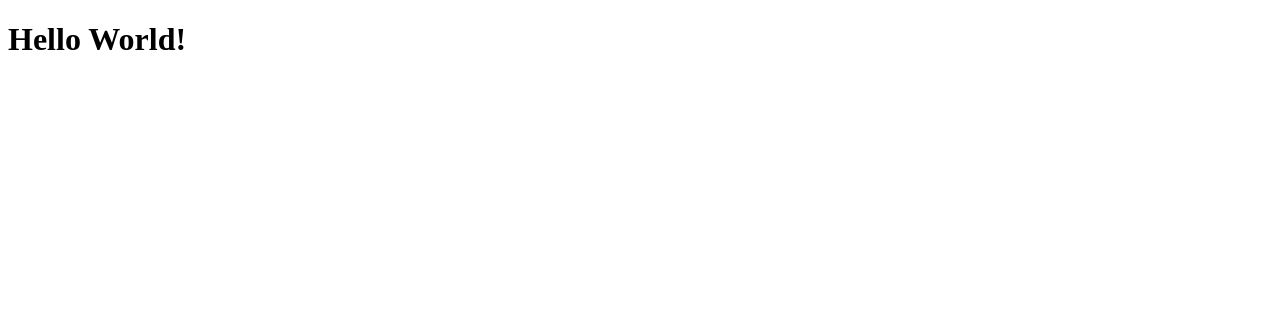
Repository: evemcd/udemy_javascript
Page: complete-javascript-course-master/02-Fundamentals-Part-2/starter/careerfoundry/index.html
An editor plug-in stored every save of this project. The page is shown before and after the next save, followed by the edit.
The browser window is 1280 px wide. The pictures show the whole page.

Above is the page before, as saved 2022-04-20 10:03:54.

After the next save:
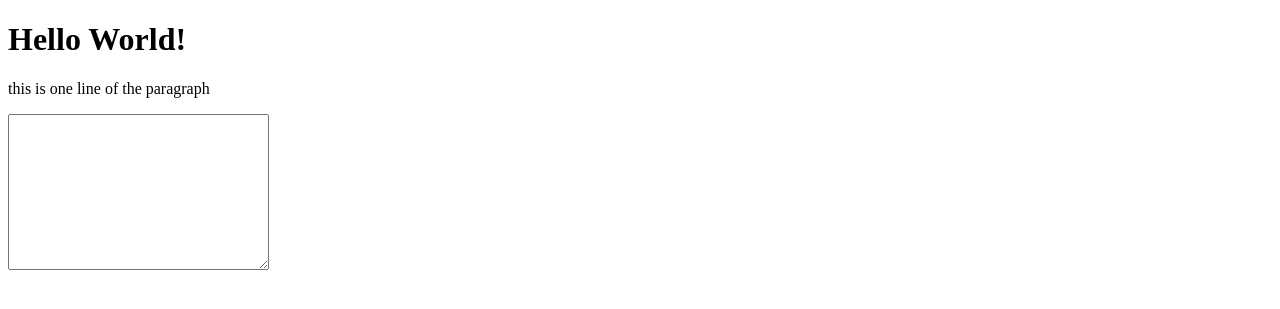
Saved 4 min 48 s later.
--- a/complete-javascript-course-master/02-Fundamentals-Part-2/starter/careerfoundry/index.html
+++ b/complete-javascript-course-master/02-Fundamentals-Part-2/starter/careerfoundry/index.html
@@ -5,5 +5,7 @@
 </head>
 <body>
     <h1>Hello World!</h1>
+    <p>this is one line of the paragraph</p>
+    <textarea cols="30" rows="10"></textarea>
 </body>
 </html>
